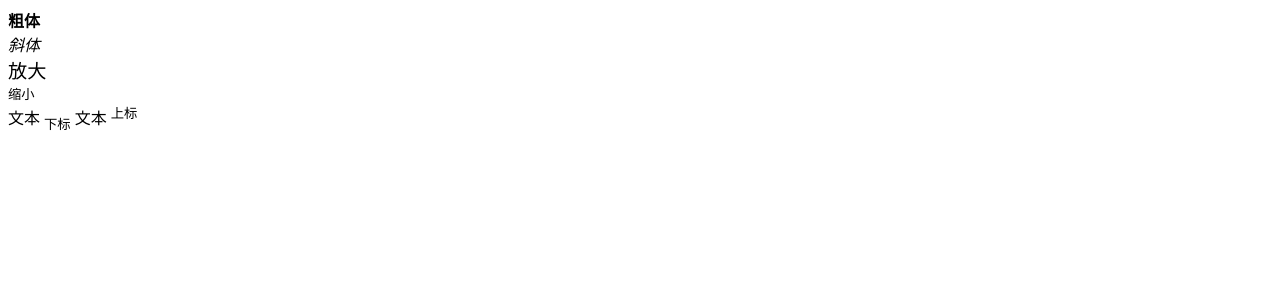
Repository: weizhang05g/learninghtml
Page: 文本格式化.html
The author's editor kept a copy of each file at every save. The page is drawn from the files as they stood at one save, then again after the next save.
The browser window is 1280 px wide. The pictures show the whole page.

Above is the page before, as saved 2019-12-19 09:28:42.

### 文本格式化.html
<!DOCTYPE html>
<html lang="en">
<head>
    <meta charset="UTF-8">
    <meta name="viewport" content="width=device-width, initial-scale=1.0">
    <meta http-equiv="X-UA-Compatible" content="ie=edge">
    <title>Document</title>
</head>
<body>
    <strong>粗体</strong> <br>
    <em>斜体</em> <br>
    <big>放大</big> <br>
    <small>缩小</small> <br>
    文本 <sub>下标</sub>
    文本 <sup>上标</sup>

</body>
</html>

After the next save:
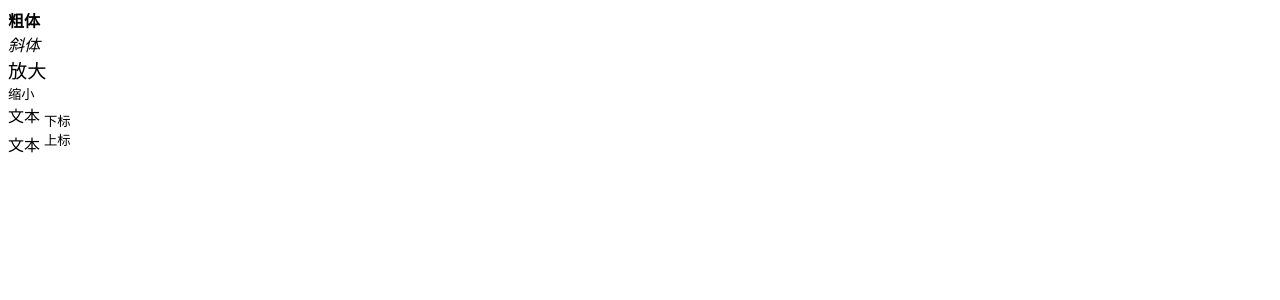
Saved 33 s later.
--- a/文本格式化.html
+++ b/文本格式化.html
@@ -11,8 +11,8 @@
     <em>斜体</em> <br>
     <big>放大</big> <br>
     <small>缩小</small> <br>
-    文本 <sub>下标</sub>
-    文本 <sup>上标</sup>
+    文本 <sub>下标</sub> <br>
+    文本 <sup>上标</sup> <br>
 
 </body>
 </html>
